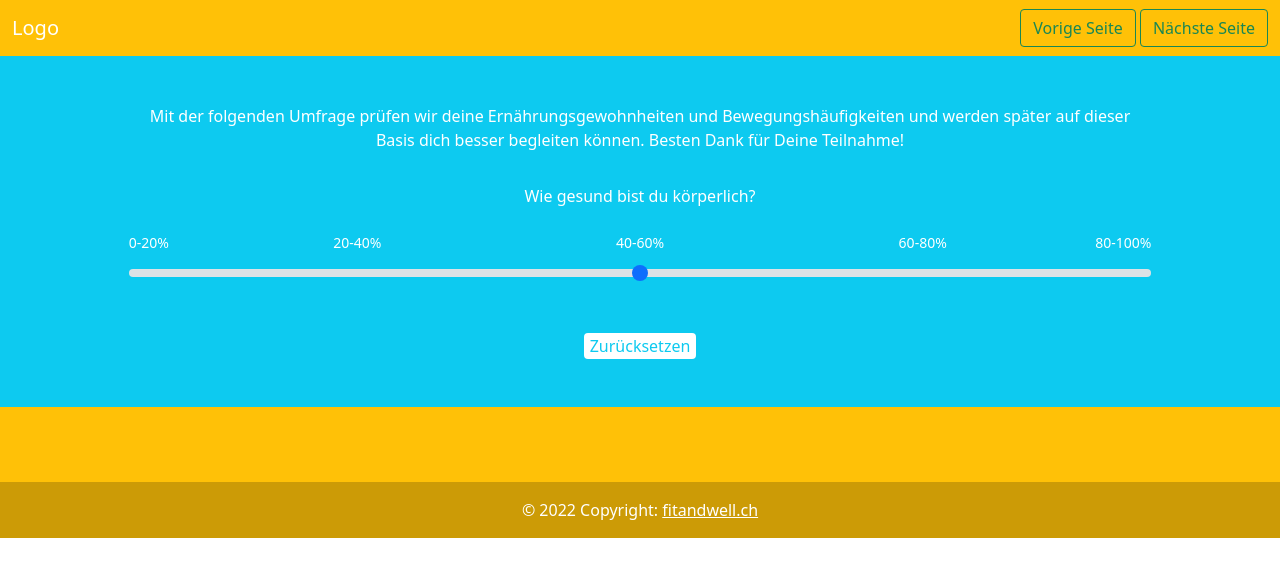
Repository: stephane71183101/Stephane-Personal-Health-Survey
Page: http://localhost/form-q01-start-page.php
The author's editor kept a copy of each file at every save. The page is drawn from the files as they stood at one save, then again after the next save.
The browser window is 1280 px wide. The pictures show the whole page.
The page is run by PHP 8.4 with error messages shown; the project is at /var/www/html/.

Above is the page before, as saved 2022-03-15 22:51:15.

### form-q01-start-page.php
<!DOCTYPE html>
<html lang="en">
<head>
    <meta charset="UTF-8">
    <meta http-equiv="X-UA-Compatible" content="IE=edge">
    <meta name="viewport" content="width=device-width, initial-scale=1.0">
    <title>Document</title>
    <link href="https://cdn.jsdelivr.net/npm/bootstrap@5.1.3/dist/css/bootstrap.min.css" rel="stylesheet" integrity="sha384-1BmE4kWBq78iYhFldvKuhfTAU6auU8tT94WrHftjDbrCEXSU1oBoqyl2QvZ6jIW3" crossorigin="anonymous">
    <script src="https://cdn.jsdelivr.net/npm/bootstrap@5.1.3/dist/js/bootstrap.bundle.min.js" integrity="sha384-ka7Sk0Gln4gmtz2MlQnikT1wXgYsOg+OMhuP+IlRH9sENBO0LRn5q+8nbTov4+1p" crossorigin="anonymous"></script>
</head>

<header>
    <nav class="navbar navbar-expand-lg navbar-light bg-warning">
    <div class="container-fluid">
        <a class="navbar-brand text-white" href="#">Logo</a>
        <div class="nav justify-content-end" id="navbarNav">
            <form class="d-flexme-2">
                <button class="btn btn-outline-success" type="submit">Vorige Seite</button>
                <button class="btn btn-outline-success" type="submit">Nächste Seite</button>
            </form>
        </div>
    </div>
    </nav>
</header>

<body>
    <div class="container-fluid pt-5 pb-3 text-center text-white bg-info">
        <div  class="container col-10">
        <p>Mit der folgenden Umfrage prüfen wir deine Ernährungsgewohnheiten und Bewegungshäufigkeiten und werden später auf dieser Basis dich besser begleiten können. Besten Dank für Deine Teilnahme!</p>
        </div>
    </div>

    <div class="container-fluid pb-5 text-center text-white bg-info">
        <div  class="container col-10">
        <form>
        <label for="customRange1" class="form-label mb-4">Wie gesund bist du körperlich?</label>
        <div class="container-fluid px-0 mb-2 small">
        <div class="row g-0">
        <div class="col text-start">0-20%</div>
        <div class="col text-start">20-40%</div>
        <div class="col">40-60%</div>
        <div class="col text-end">60-80%</div>
        <div class="col text-end">80-100%</div>
        </div>
        </div>
        <input type="range" class="form-range mb-5" min="0" max="4" step="1" id="my-range">
        <input type="reset" class="border-0 bg-white rounded text-info" value="Zurücksetzen">
        </form>
        </div>
    </div>

<footer>
    <div class="text-center text-white bg-warning">
    <!-- Grid container -->
    <div class="container pt-4">
        <!-- Section: Social media -->
        <section class="mb-4">
        <!-- Facebook -->
        <a
            class="btn btn-link btn-floating btn-lg text-dark m-1"
            href="#"
            role="button"
            data-mdb-ripple-color="dark"
            ><i class="fab fa-facebook-f"></i
        ></a>

        <!-- Twitter -->
        <a
            class="btn btn-link btn-floating btn-lg text-dark m-1"
            href="#!"
            role="button"
            data-mdb-ripple-color="dark"
            ><i class="fab fa-twitter"></i
        ></a>

        <!-- Google -->
        <a
            class="btn btn-link btn-floating btn-lg text-dark m-1"
            href="#!"
            role="button"
            data-mdb-ripple-color="dark"
            ><i class="fab fa-google"></i
        ></a>

        <!-- Instagram -->
        <a
            class="btn btn-link btn-floating btn-lg text-dark m-1"
            href="#!"
            role="button"
            data-mdb-ripple-color="dark"
            ><i class="fab fa-instagram"></i
        ></a>

        <!-- Linkedin -->
        <a
            class="btn btn-link btn-floating btn-lg text-dark m-1"
            href="#!"
            role="button"
            data-mdb-ripple-color="dark"
            ><i class="fab fa-linkedin"></i
        ></a>
        <!-- Github -->
        <a
            class="btn btn-link btn-floating btn-lg text-dark m-1"
            href="#!"
            role="button"
            data-mdb-ripple-color="dark"
            ><i class="fab fa-github"></i
        ></a>
        </section>
        <!-- Section: Social media -->
    </div>
    <!-- Grid container -->

    <!-- Copyright -->
    <div class="text-center text-white p-3" style="background-color: rgba(0, 0, 0, 0.2);">
        © 2022 Copyright:
        <a class="text-white" href="#">fitandwell.ch</a>
    </div>
    <!-- Copyright -->
    </div>
</footer>
</body>

</html>

After the next save:
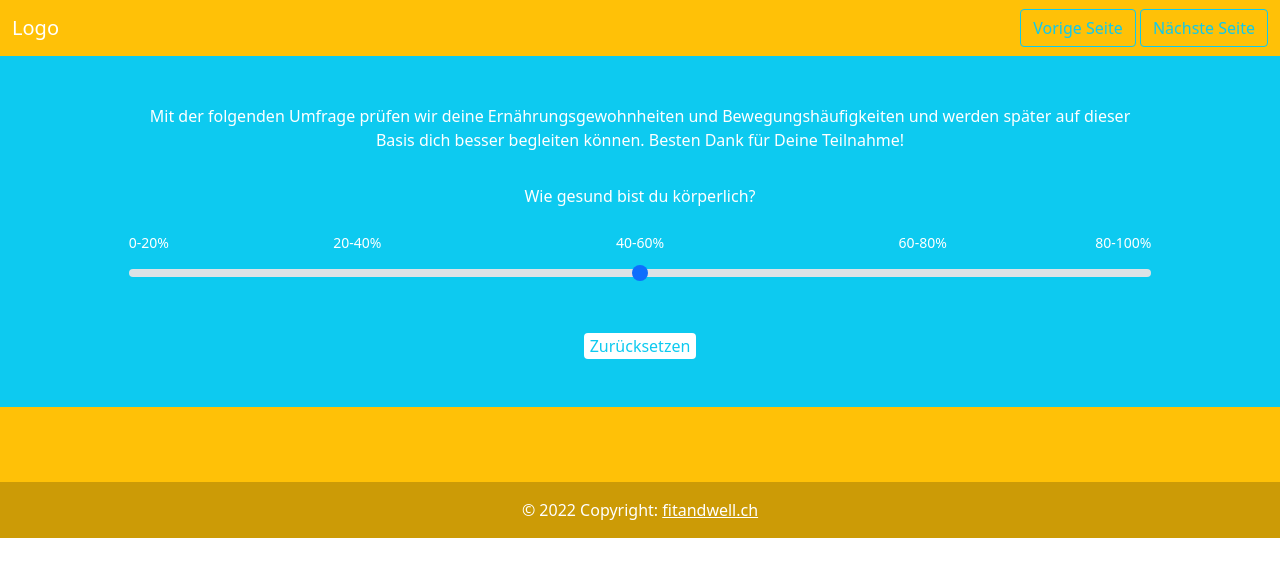
Saved 2 min 11 s later.
--- a/form-q01-start-page.php
+++ b/form-q01-start-page.php
@@ -15,8 +15,8 @@
         <a class="navbar-brand text-white" href="#">Logo</a>
         <div class="nav justify-content-end" id="navbarNav">
             <form class="d-flexme-2">
-                <button class="btn btn-outline-success" type="submit">Vorige Seite</button>
-                <button class="btn btn-outline-success" type="submit">Nächste Seite</button>
+                <button class="btn btn-outline-info" type="submit">Vorige Seite</button>
+                <button class="btn btn-outline-info" type="submit">Nächste Seite</button>
             </form>
         </div>
     </div>
